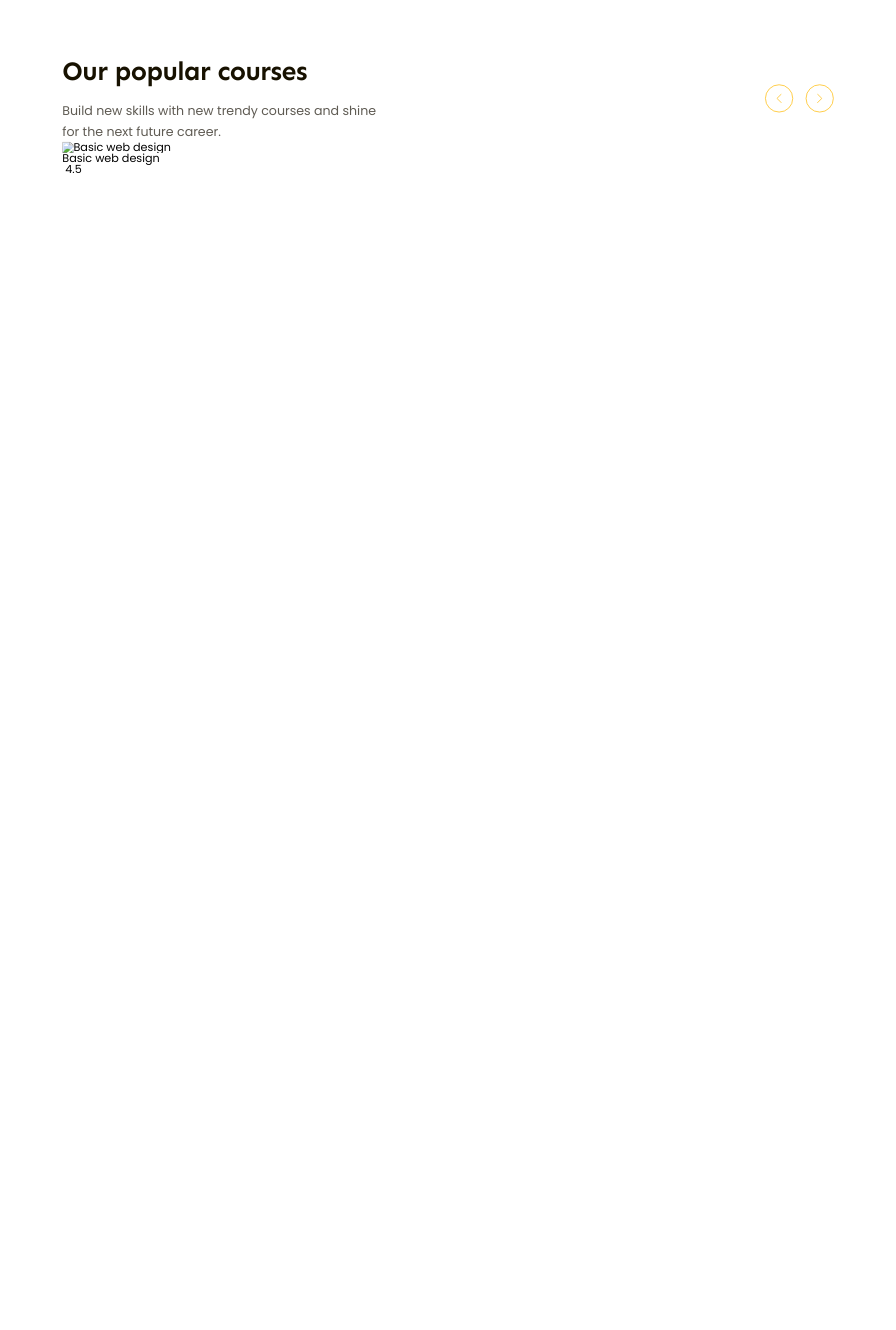
Repository: anhtien111198/f8-htmlcss-02
Page: index.html
An editor plug-in stored every save of this project. The page is shown before and after the next save, followed by the edit.
The browser window is 1280 px wide. The pictures show the part of the page from y = 1022 to 2922 px (the page is 5000 px tall), at 70% of full size.
A picture or video elsewhere on the page could not be fetched, so the positions and the page height are approximate.

Above is the page before, as saved 2023-05-09 10:06:01.

After the next save:
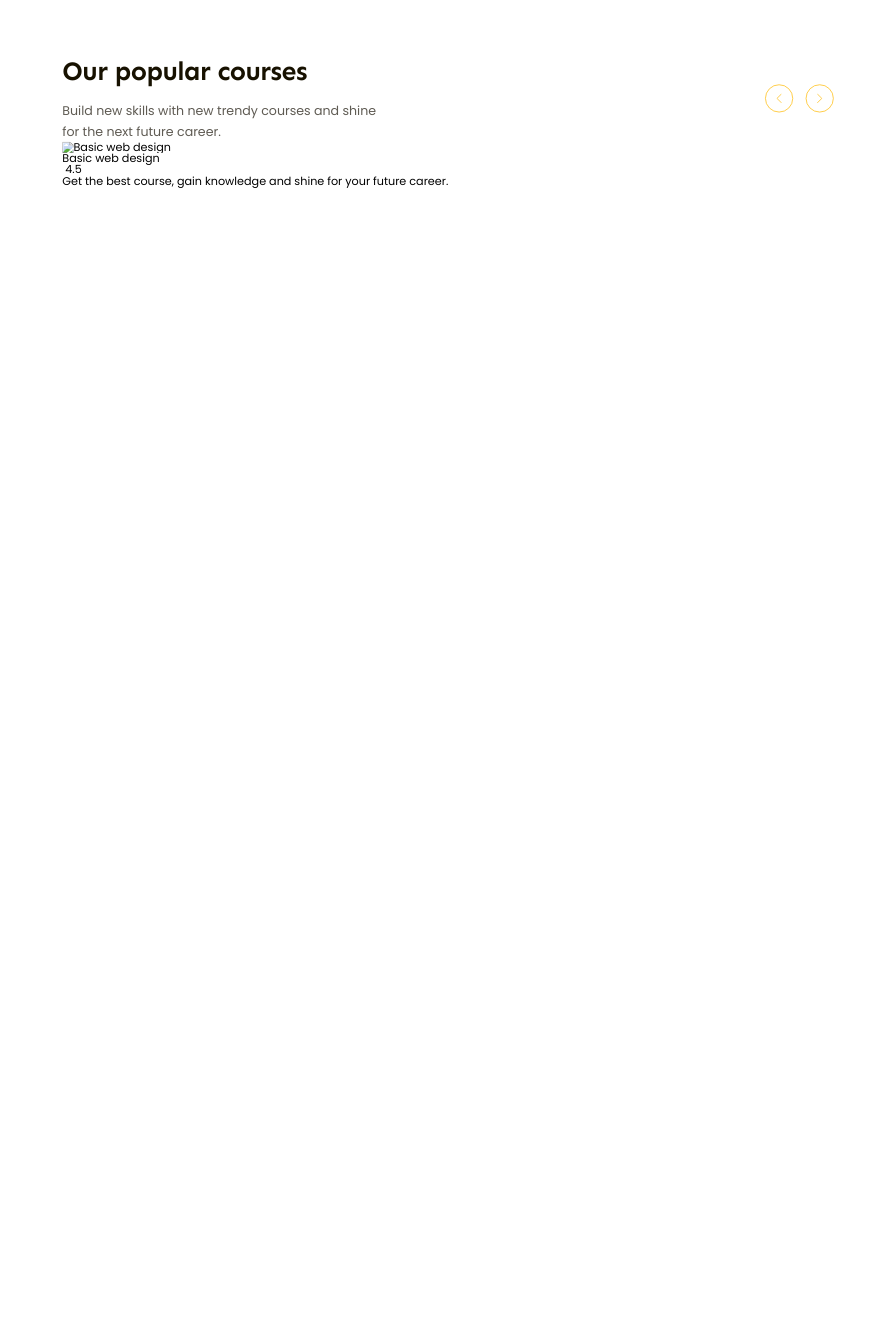
Saved 32 s later.
--- a/index.html
+++ b/index.html
@@ -194,6 +194,10 @@
                                     <span class="value">4.5</span>
                                 </div>
                             </div>
+                            <p class="desc">
+                                Get the best course, gain knowledge and shine
+                                for your future career.
+                            </p>
                         </div>
                     </div>
                 </div>
